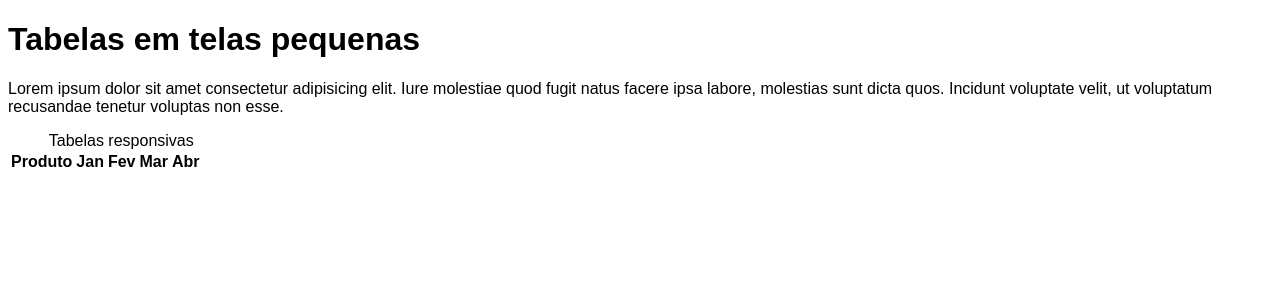
Repository: railsondev/html-css
Page: Módulo3/Exercicios/Ex02 - Tabelas/tabela005.html
An editor plug-in stored every save of this project. The page is shown before and after a run of saves, followed by the edit.
The browser window is 1280 px wide. The pictures show the whole page.

Above is the page before, as saved 2024-10-22 15:05:53.

After the next 3 saves:
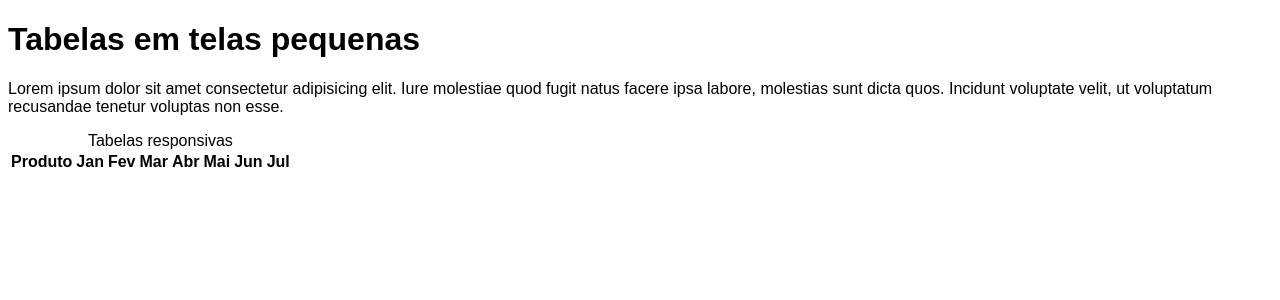
The 3 saves are shown as one change because they came seconds apart.
The last was saved 9 s later.
--- a/Módulo3/Exercicios/Ex02 - Tabelas/tabela005.html
+++ b/Módulo3/Exercicios/Ex02 - Tabelas/tabela005.html
@@ -17,9 +17,9 @@
       <th>Fev</th>
       <th>Mar</th>
       <th>Abr</th>
-      <th></th>
-      <th></th>
-      <th></th>
+      <th>Mai</th>
+      <th>Jun</th>
+      <th>Jul</th>
       <th></th>
       <th></th>
       <th></th>
